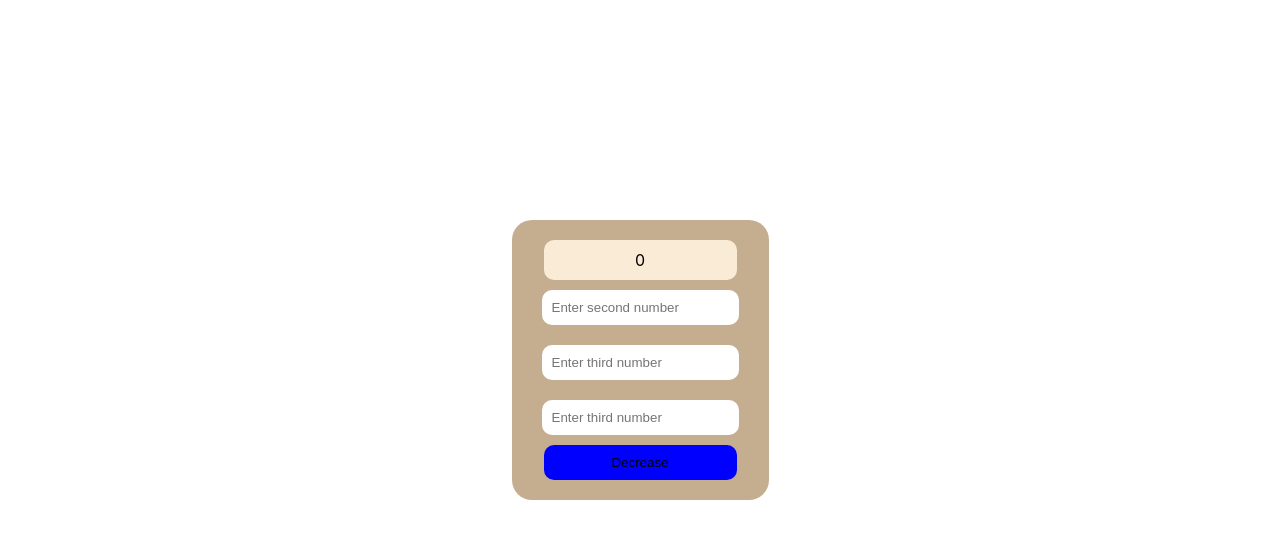
Repository: purnimapatel/SI-calculator
Page: /
These files come from the project's save history. The page is drawn as it stood at one moment and after the next save; the edit follows.
The browser window is 1280 px wide. The pictures show the whole page.
The pointer rests on the first visible `.btn`.
The project was rebuilt for these pictures with package versions that can differ from the ones it lists, and the page was loaded fresh each time.

Above is the page before, as saved 2024-08-26 11:44:13.

### src/App.jsx
import logo from './logo.svg';
import './App.css';
import { useState } from 'react';

function App() {
  const[rate, setRate]=(useState(''));
  const[principle, setPrinciple]=(useState());
  const[time, setTime]=(useState(''));
  const[res, setRes]=(useState(0));
  return(

    <div className="container">
    <div className="container1">
    <div className="result">
    {res}
    </div>


    <input
        type="number"
        id = "field"
        value={rate}
        onChange={(e) => setRate(Number(e.target.value))}
        placeholder="Enter second number"
      />
      <input
        type="number"
        id="field"
        value={principle}
        onChange={(e) => setPrinciple(Number(e.target.value))}
        placeholder="Enter third number"
      />
      <input
        type="number"
        id = "field"
        value={time}
        onChange={(e) => setTime(Number(e.target.value))}
        placeholder="Enter third number"
      />
    <button className='btn' onClick={result}>Decrease</button>
    </div>
    </div>

  )
  function result(){

    setRate('');
    setPrinciple('');
    setTime('');
    setRes((rate*principle*time)/100)

}




}


export default App;

### src/App.css
.App {
  text-align: center;

}
.container{
  display: flex;
  justify-content: center;
  align-items:center;
  height:100vh;

}
.container1{

  background-color:rgb(197, 174, 144);
  display:flex;
  text-align: center;
  flex-direction: column;
  justify-content: center;
  height: auto;
  width:auto;
  padding:20px;
  border-radius: 20px;

}
.result{
  display: flex;
  text-align: center;
  justify-content: center;
  margin:0px 12px;
  padding:10px 0px;
  background-color:antiquewhite;
  border-radius:10px;

}
input[type=number]::-webkit-outer-spin-button,
input[type=number]::-webkit-inner-spin-button {
    -webkit-appearance: none;
    margin: 0;
}

/* Remove the spinner in Firefox */
input[type=number] {
    -moz-appearance: textfield;
}
#field{
  margin:10px;
  padding:10px;
  border-radius:10px;
  border:none;
}
.btn{
  margin:0px 12px;
  padding:10px 25px;
  border:none;
  border-radius: 10px;
  background-color:antiquewhite;
}
.btn:hover{
  background-color:blue;
}

Loaded but not shown: public/index.html (common file); src/index.js (common file); src/index.css (common file); src/reportWebVitals.js (common file); public/manifest.json (common file)

After the next save:
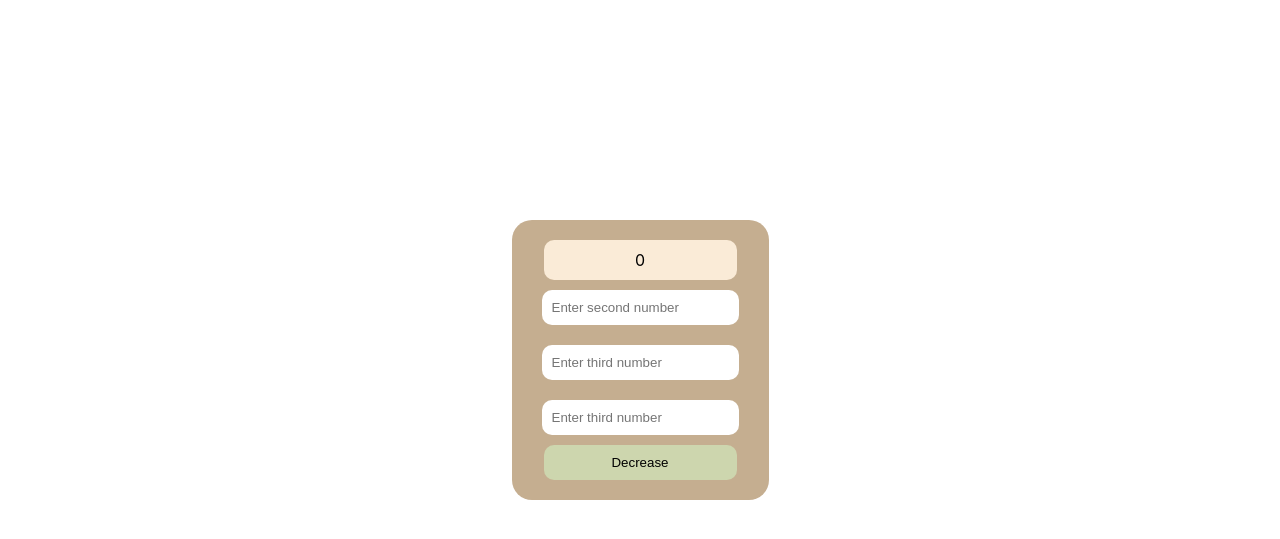
Saved 21 s later.
--- a/src/App.css
+++ b/src/App.css
@@ -56,5 +56,5 @@ input[type=number] {
   background-color:antiquewhite;
 }
 .btn:hover{
-  background-color:blue;
+  background-color:rgb(205, 214, 174);
 }
